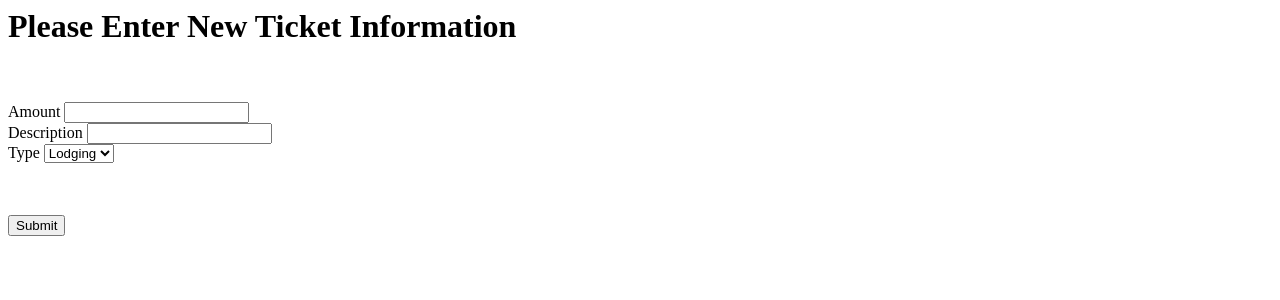
Repository: Sadiki/Expense_Reimbursement_System
Page: Ers_Project/src/main/webapp/partials/new_ticket.html
The author's editor kept a copy of each file at every save. The page is drawn from the files as they stood at one save, then again after the next save.
The browser window is 1280 px wide. The pictures show the whole page.

Above is the page before, as saved 2018-11-07 05:01:57.

### Ers_Project/src/main/webapp/partials/new_ticket.html
<div id="viewContainer">
<div id= 'viewMenu'>
    <h1>Please Enter New Ticket Information</h1>
    <br>
    <br>
    <form>
        Amount
        <input id='amount'>
        <br/>
        Description
        <input id='description'>
        <br/>
        Type
        <select id='type'>
            <option>Lodging</option>
            <option>Travel</option>
            <option>Food</option>
            <option>Other</option>
        </select>
</form>
<br>
<br>
<button id='addTicket' class= 'menuBtns'>Submit</button>

<div class ="alert-danger"></div>
</div>
</div>

After the next save:
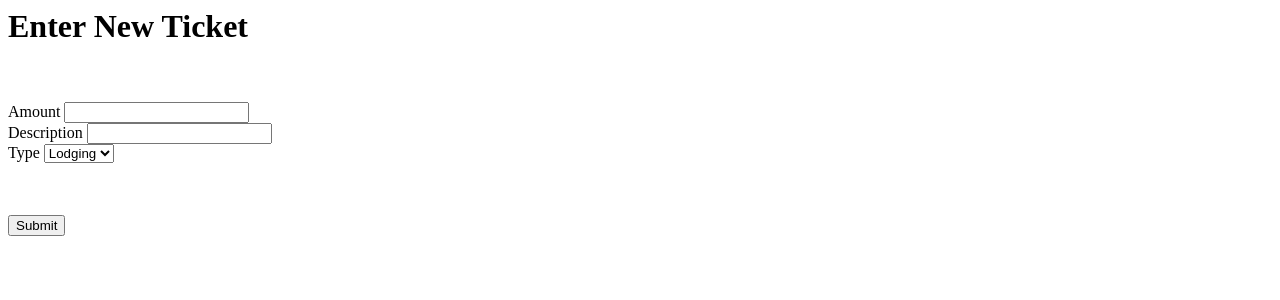
Saved 53 s later.
--- a/Ers_Project/src/main/webapp/partials/new_ticket.html
+++ b/Ers_Project/src/main/webapp/partials/new_ticket.html
@@ -1,6 +1,6 @@
 <div id="viewContainer">
 <div id= 'viewMenu'>
-    <h1>Please Enter New Ticket Information</h1>
+    <h1>Enter New Ticket</h1>
     <br>
     <br>
     <form>
